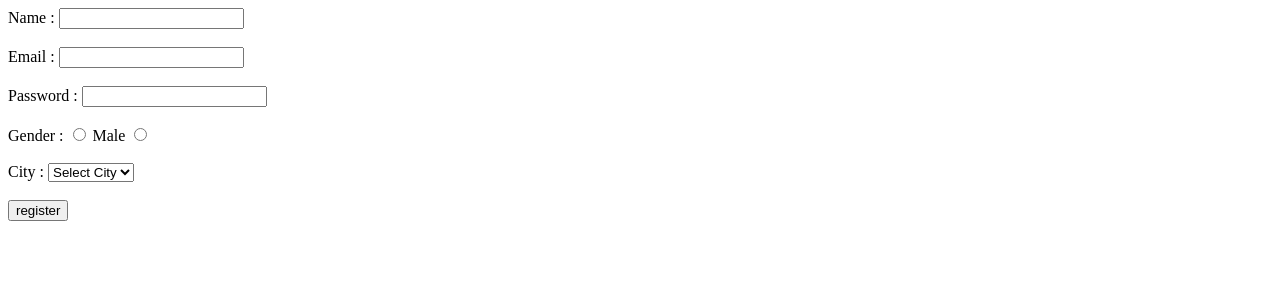
Repository: kushwahshivam/Java_Servlet
Page: http://localhost/RegisterLogin/Register.jsp
An editor plug-in stored every save of this project. The page is shown before and after the next save, followed by the edit.
The browser window is 1280 px wide. The pictures show the whole page.
The page is served by Tomcat 10. Other server files are loaded and not shown.

Above is the page before, as saved 2025-04-25 08:56:10.

### eclipse-workspace/RegisterLogin/src/main/webapp/Register.jsp
<%@ page language="java" contentType="text/html; charset=UTF-8"
    pageEncoding="UTF-8"%>
<!DOCTYPE html>
<html>
<head>
<meta charset="UTF-8">
<title>Insert title here</title>
</head>
<body>
	<form action="regForm" method="post">
	Name : <input type="text" name="name1" /> <br/> <br/>
	Email : <input type="text" name="email1" /> <br/> <br/>
	Password : <input type="password" name="pass1" /> <br/> <br/>
	Gender : <input type="radio" name="gender1"/> Male <input type="radio" name="gender1"/> <br/> <br/>
	City : <select name="city1">
		<option>Select City <option/>
		 <option>Mumbai<option/>
		 <option>Banglore<option/>
		 <option>Pune<option/>
		 <option>Delhi<option/>
		</select> <br/> <br/>
	<input type="submit" value="register" />
	</form>
</body>
</html>

After the next save:
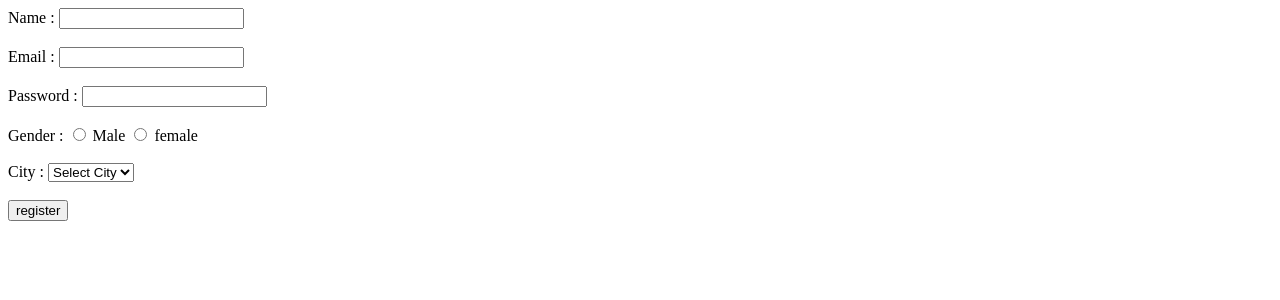
Saved 2 min 34 s later.
--- a/eclipse-workspace/RegisterLogin/src/main/webapp/Register.jsp
+++ b/eclipse-workspace/RegisterLogin/src/main/webapp/Register.jsp
@@ -11,7 +11,7 @@
 	Name : <input type="text" name="name1" /> <br/> <br/>
 	Email : <input type="text" name="email1" /> <br/> <br/>
 	Password : <input type="password" name="pass1" /> <br/> <br/>
-	Gender : <input type="radio" name="gender1"/> Male <input type="radio" name="gender1"/> <br/> <br/>
+	Gender : <input type="radio" name="gender1"/> Male <input type="radio" name="gender1"/> female <br/> <br/>
 	City : <select name="city1">
 		<option>Select City <option/>
 		 <option>Mumbai<option/>
